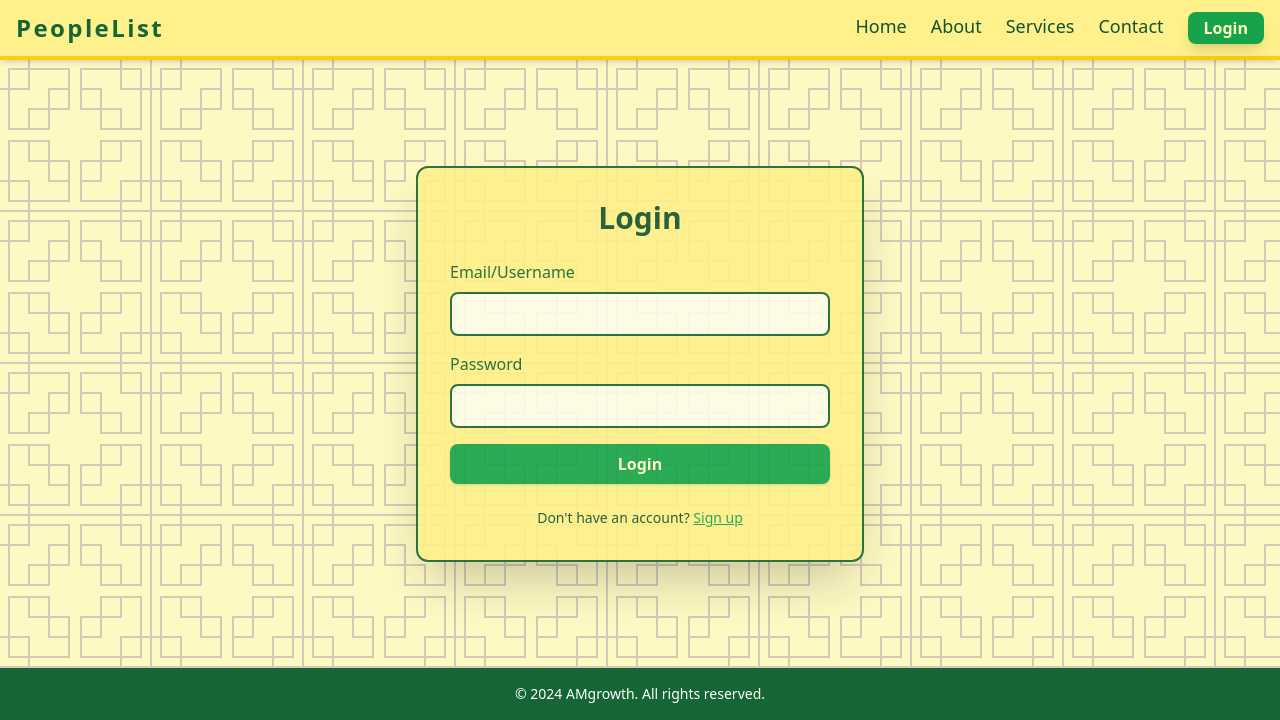
Repository: ArievfRahman-Dev/Mini-Project-II
Page: /login (app in miniproject2/)
The author's editor kept a copy of each file at every save. The page is drawn from the files as they stood at one save, then again after the next save.
The browser window is 1280 px wide. The pictures show the whole page.
The project was rebuilt for these pictures with package versions that can differ from the ones it lists, and the page was loaded fresh each time. Also part of the build but not shown: miniproject2/vite.config.js, miniproject2/src/pages/HomePage/index.jsx, miniproject2/src/pages/DetailUser/index.jsx, miniproject2/src/pages/RegisterPages/index.jsx, miniproject2/src/routes/ProtectedRoute.jsx.

Above is the page before, as saved 2024-12-24 09:03:05.

### miniproject2/index.html
<!DOCTYPE html>
<html lang="en">
  <head>
    <meta charset="UTF-8" />
    <link rel="icon" type="image/svg+xml" href="/vite.svg" />
    <meta name="viewport" content="width=device-width, initial-scale=1.0" />
    <title>Vite + React</title>
    <link
      href="https://fonts.googleapis.com/css2?family=Roboto:wght@400;500;700&display=swap"
      rel="stylesheet"
    />
    <link
      href="https://cdn.jsdelivr.net/npm/remixicon/fonts/remixicon.css"
      rel="stylesheet"
    />
  </head>
  <body>
    <div id="root"></div>
    <script type="module" src="/src/main.jsx"></script>
  </body>
</html>

### miniproject2/src/App.jsx
import { BrowserRouter, Routes, Route } from "react-router-dom";
import { HomePage } from "./pages/HomePage";
import { DetailUser } from "./pages/DetailUser";
import { LoginPage } from "./pages/LoginPage";
import { RegisterPage } from "./pages/RegisterPages";
import { ProtectedRoute } from "./routes/ProtectedRoute";

export const App = () => {
  return (
    <div>
      <BrowserRouter>
        <Routes>
          <Route path="/" element={<HomePage />} />
          <Route
            path="/detail/:id"
            element={
              <ProtectedRoute>
                <DetailUser />
              </ProtectedRoute>
            }
          />
          <Route path="/login" element={<LoginPage />} />
          <Route path="/regist" element={<RegisterPage />} />
        </Routes>
      </BrowserRouter>
    </div>
  );
};

### miniproject2/src/pages/LoginPage/index.jsx
import axios from "axios";
import { useState } from "react";
import { useNavigate } from "react-router-dom";
import { Navbar } from "../../components/Navbar";
import { Footer } from "../../components/Footer";
import { Link } from "react-router-dom";
export const LoginPage = () => {
  const [form, setForm] = useState({
    email: "",
    password: "",
  });
  const [error, setError] = useState("");
  const [success, setSuccess] = useState("");
  const [loading, setLoading] = useState(false);

  const navigate = useNavigate();

  const handleChange = (e) => {
    setForm({
      ...form,
      [e.target.name]: e.target.value,
    });
  };

  const handleLogin = async (e) => {
    e.preventDefault();
    setLoading(true);
    try {
      const res = await axios.post("https://reqres.in/api/login", form);
      localStorage.setItem("access_token", res.data.token);
      setError("");
      setSuccess("Login Success");
      setTimeout(() => {
        navigate("/");
      }, 2000);
      console.log(res);
    } catch (error) {
      console.log(error.response);
      setError(error.response.data.error);
    } finally {
      setLoading(false);
    }
  };

  return (
    <div className="flex flex-col min-h-screen bg-yellow-100 ">
      <Navbar />
      <div className="flex items-center justify-center flex-1 p-4 bg-[url('data:[embedded picture, 899 characters]')] ">
        <div className="w-full max-w-md p-8 bg-yellow-200 border-2 border-green-800 shadow-2xl opacity-90 rounded-xl ">
          <h1 className="mb-6 text-3xl font-bold text-center text-green-900 retro-font">
            Login
          </h1>

          <form>
            <div className="mb-4 ">
              <label
                htmlFor="email"
                className="block mb-2 font-medium text-green-800 retro-font"
              >
                Email/Username
              </label>
              <input
                type="email"
                name="email"
                onChange={handleChange}
                className="w-full px-4 py-2 text-green-900 border-2 border-green-800 rounded-lg focus:outline-none focus:ring-2 focus:ring-yellow-400 bg-yellow-50"
              />
            </div>
            <div className="mb-4">
              <label
                htmlFor="password"
                className="block mb-2 font-medium text-green-800 retro-font"
              >
                Password
              </label>
              <input
                type="password"
                name="password"
                onChange={handleChange}
                className="w-full px-4 py-2 text-green-900 border-2 border-green-800 rounded-lg focus:outline-none focus:ring-2 focus:ring-yellow-400 bg-yellow-50"
              />
            </div>
            {error && <p className="mb-4 text-sm text-red-500">{error}</p>}
            {success && (
              <p className="mb-4 text-sm text-green-500">{success}</p>
            )}
            <button
              disabled={loading}
              onClick={handleLogin}
              className={`w-full px-4 py-2 font-semibold text-yellow-100 rounded-lg shadow retro-font ${
                loading
                  ? "bg-yellow-400 cursor-not-allowed"
                  : "bg-green-600 hover:bg-green-800"
              } focus:outline-none focus:ring-2 focus:ring-green-400 focus:ring-offset-1`}
              type="submit"
            >
              {loading ? "Loading..." : "Login"}
            </button>
          </form>
          <p className="mt-6 text-sm text-center text-green-900">
            Don't have an account?{" "}
            <Link
              to={`/regist`}
              className="text-green-600 underline hover:text-green-800 retro-font"
            >
              Sign up
            </Link>
          </p>
        </div>
      </div>
      <Footer />
    </div>
  );
};

### miniproject2/src/components/Navbar/index.jsx
import { Link, useNavigate } from "react-router-dom";
import { useState } from "react";

export const Navbar = () => {
  const navigate = useNavigate();
  const token = localStorage.getItem("access_token");
  const [isMenuOpen, setIsMenuOpen] = useState(false);
  const [activeLink, setActiveLink] = useState("");

  const handleLogout = () => {
    localStorage.clear();
    setTimeout(() => {
      navigate("/login");
    }, 1000);
  };

  const toggleMenu = () => {
    setIsMenuOpen((prevState) => !prevState);
  };

  const closeMenu = () => {
    setIsMenuOpen(false);
  };

  const handleLinkClick = (sectionId) => {
    setActiveLink(sectionId);
    closeMenu();
  };

  return (
    <nav className="sticky top-0 z-50 bg-yellow-200 border-b-4 border-yellow-400 shadow-md">
      <div className="container mx-auto px-4 py-3 flex justify-between items-center">
        <Link
          to="/"
          className="text-2xl font-bold text-green-800 retro-font tracking-widest"
        >
          PeopleList
        </Link>

        <div className="hidden md:flex space-x-6">
          <Link
            to="/"
            className={`text-green-900 hover:text-yellow-700 font-medium text-lg ${
              activeLink === "home" ? "text-yellow-700" : ""
            }`}
            onClick={() => handleLinkClick("home")}
          >
            Home
          </Link>
          <Link
            to="/"
            className={`text-green-900 hover:text-yellow-700 font-medium text-lg ${
              activeLink === "about" ? "text-yellow-700" : ""
            }`}
            onClick={() => handleLinkClick("about")}
          >
            About
          </Link>
          <Link
            to="/"
            className={`text-green-900 hover:text-yellow-700 font-medium text-lg ${
              activeLink === "services" ? "text-yellow-700" : ""
            }`}
            onClick={() => handleLinkClick("services")}
          >
            Services
          </Link>
          <Link
            to="/"
            className={`text-green-900 hover:text-yellow-700 font-medium text-lg ${
              activeLink === "contact" ? "text-yellow-700" : ""
            }`}
            onClick={() => handleLinkClick("contact")}
          >
            Contact
          </Link>
          {token ? (
            <button
              className="px-4 py-1 font-semibold text-yellow-100 transition-colors bg-gray-500 rounded-lg hover:bg-gray-600 retro-font shadow-lg"
              onClick={handleLogout}
            >
              Logout
            </button>
          ) : (
            <Link
              to="/login"
              className="px-4 py-1 font-semibold text-yellow-100 transition-colors bg-green-600 rounded-lg hover:bg-green-800 retro-font shadow-lg"
            >
              Login
            </Link>
          )}
        </div>
        <div className="md:hidden" onClick={toggleMenu}>
          <i className={isMenuOpen ? "ri-close-line" : "ri-menu-line"}></i>
        </div>
      </div>
      {isMenuOpen && (
        <div className="md:hidden flex flex-row justify-between mx-4 items-center py-3 bg-yellow-200">
          <Link
            to="/"
            className={`text-green-900 hover:text-yellow-700 font-medium text-lg py-2 ${
              activeLink === "home" ? "text-yellow-700" : ""
            }`}
            onClick={() => handleLinkClick("home")}
          >
            Home
          </Link>
          <Link
            to="/"
            className={`text-green-900 hover:text-yellow-700 font-medium text-lg py-2 ${
              activeLink === "about" ? "text-yellow-700" : ""
            }`}
            onClick={() => handleLinkClick("about")}
          >
            About
          </Link>
          <Link
            to="/"
            className={`text-green-900 hover:text-yellow-700 font-medium text-lg py-2 ${
              activeLink === "services" ? "text-yellow-700" : ""
            }`}
            onClick={() => handleLinkClick("services")}
          >
            Services
          </Link>
          <Link
            to="/"
            className={`text-green-900 hover:text-yellow-700 font-medium text-lg py-2 ${
              activeLink === "contact" ? "text-yellow-700" : ""
            }`}
            onClick={() => handleLinkClick("contact")}
          >
            Contact
          </Link>
          {token ? (
            <button
              className="px-4 py-2 font-semibold text-yellow-100 bg-gray-500 rounded-lg hover:bg-gray-600 retro-font shadow-lg mt-2"
              onClick={handleLogout}
            >
              Logout
            </button>
          ) : (
            <Link
              to="/login"
              className="px-4 py-2 font-semibold text-yellow-100 bg-green-600 rounded-lg hover:bg-green-800 retro-font shadow-lg mt-2"
              onClick={closeMenu}
            >
              Login
            </Link>
          )}
        </div>
      )}
    </nav>
  );
};

### miniproject2/src/components/Footer/index.jsx
export const Footer = () => {
  return (
    <div className="bg-green-800 text-white py-4">
      <div className="container mx-auto text-center">
        <p className="text-sm">
          &copy; {new Date().getFullYear()} AMgrowth. All rights reserved.
        </p>
      </div>
    </div>
  );
};

Loaded but not shown: miniproject2/src/main.jsx (common file); miniproject2/src/index.css (common file); miniproject2/tailwind.config.js (common file)

After the next save:
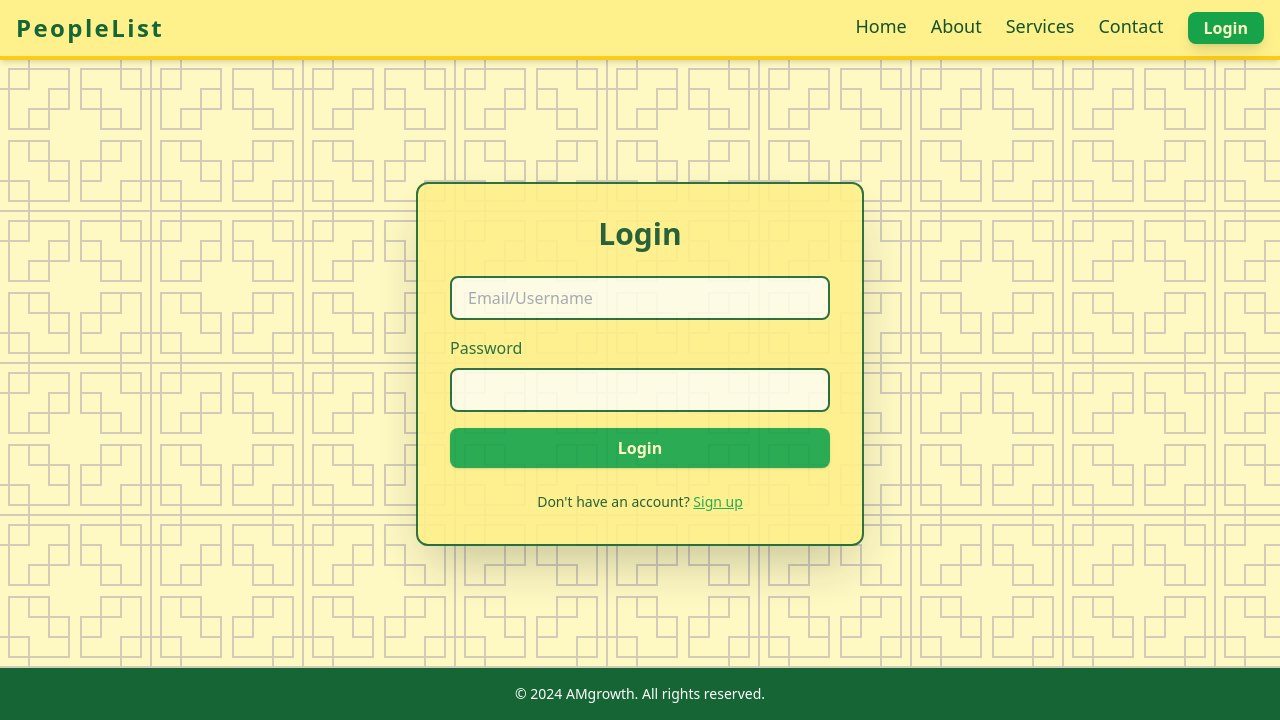
Saved 63 s later.
--- a/miniproject2/src/pages/LoginPage/index.jsx
+++ b/miniproject2/src/pages/LoginPage/index.jsx
@@ -56,10 +56,9 @@ export const LoginPage = () => {
               <label
                 htmlFor="email"
                 className="block mb-2 font-medium text-green-800 retro-font"
-              >
-                Email/Username
-              </label>
+              ></label>
               <input
+                placeholder="Email/Username"
                 type="email"
                 name="email"
                 onChange={handleChange}
